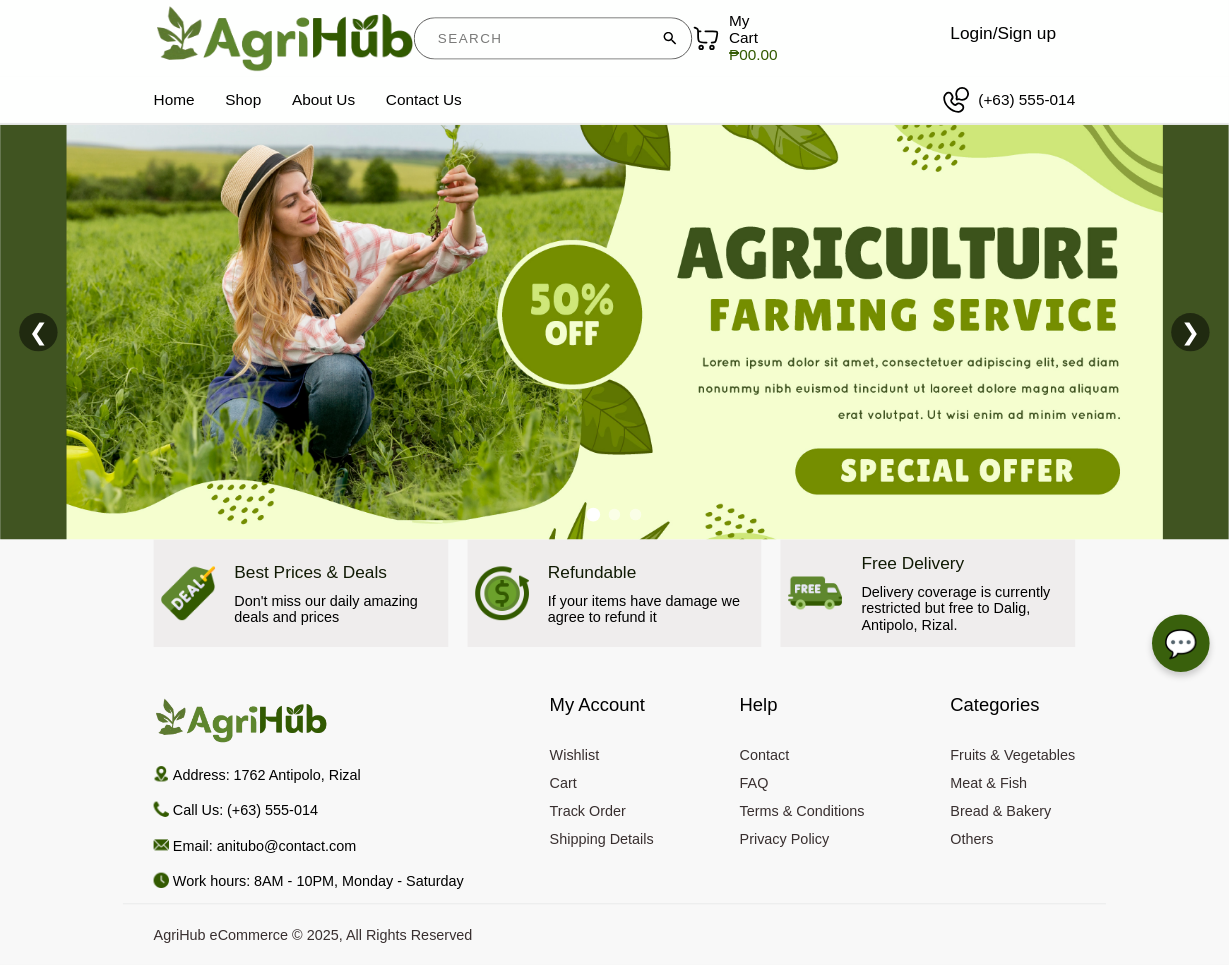
Repository: IamJanC/se2-final-project
Page: http://localhost/
These files come from the project's save history. The page is drawn as it stood at one moment and after the next save; the edit follows.
The browser window is 1280 px wide. The pictures show the whole page, at 96% of full size.
Some web fonts or font styles are not loaded; a fallback is used. The page is served by the project's application, run on Django 5.2 (manage.py). Queries for data that is not in the repository find no rows.

Above is the page before, as saved 2025-08-10 09:57:44.
Console error: SyntaxError: Identifier 'chatLog' has already been declared

After the next save:
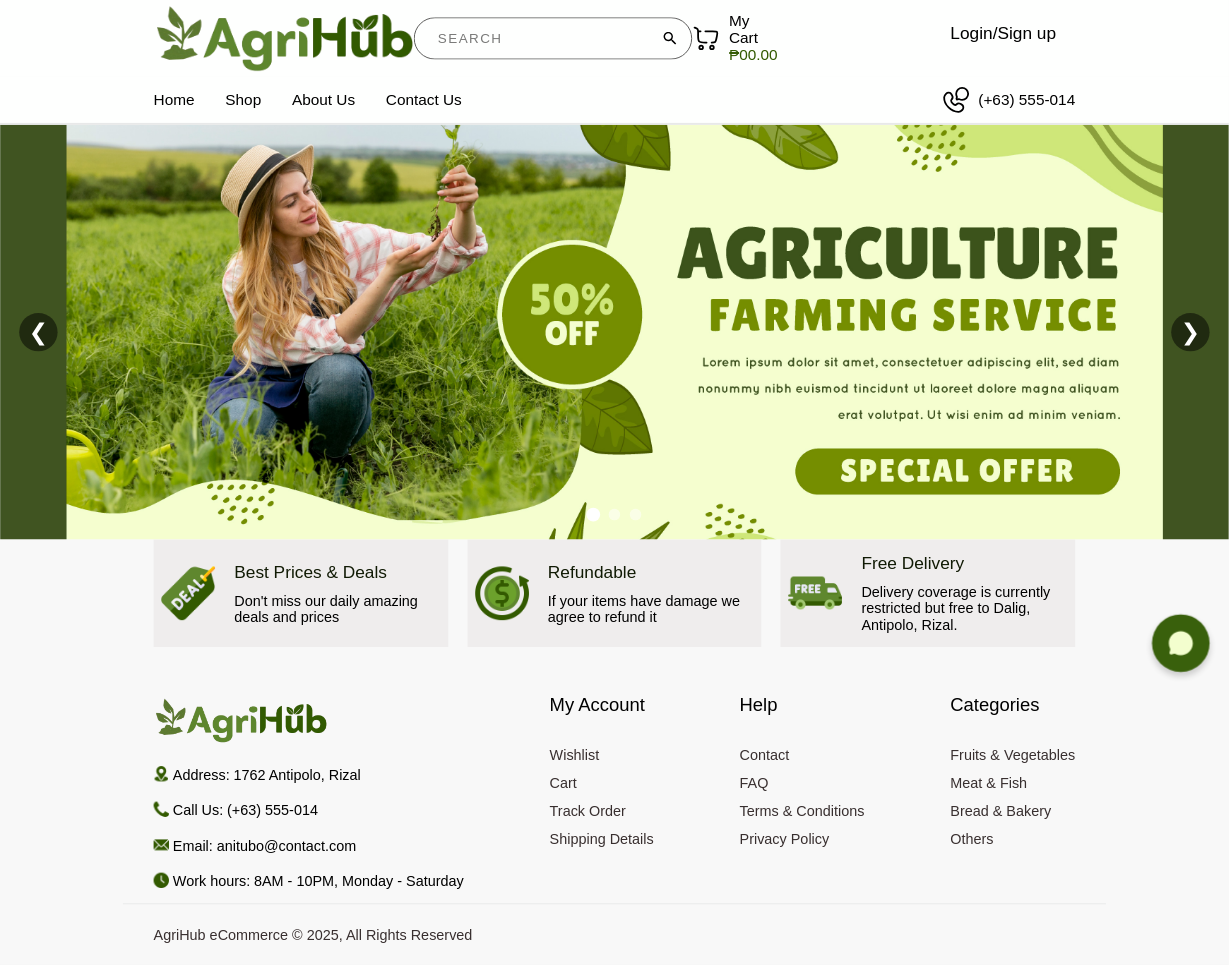
Saved 108 s later.
--- a/templates/shared/chatbot_widget.html
+++ b/templates/shared/chatbot_widget.html
@@ -13,13 +13,13 @@
     display: flex;
     align-items: center;
     justify-content: center;
-    font-size: 28px;
     cursor: pointer;
     z-index: 999;
     box-shadow: 0 4px 8px rgba(0,0,0,0.2);
-    transition: transform 0.2s ease;
 ">
-    💬
+    <svg width="30" height="30" viewBox="0 0 24 24" fill="#f3fece">
+        <path d="M12 22C17.5228 22 22 17.5228 22 12C22 6.47715 17.5228 2 12 2C6.47715 2 2 6.47715 2 12C2 13.5997 2.37562 15.1116 3.04346 16.4525C3.22094 16.8088 3.28001 17.2161 3.17712 17.6006L2.58151 19.8267C2.32295 20.793 3.20701 21.677 4.17335 21.4185L6.39939 20.8229C6.78393 20.72 7.19121 20.7791 7.54753 20.9565C8.88837 21.6244 10.4003 22 12 22Z"/>
+    </svg>
 </div>
 
 <!-- Chatbot Container -->
